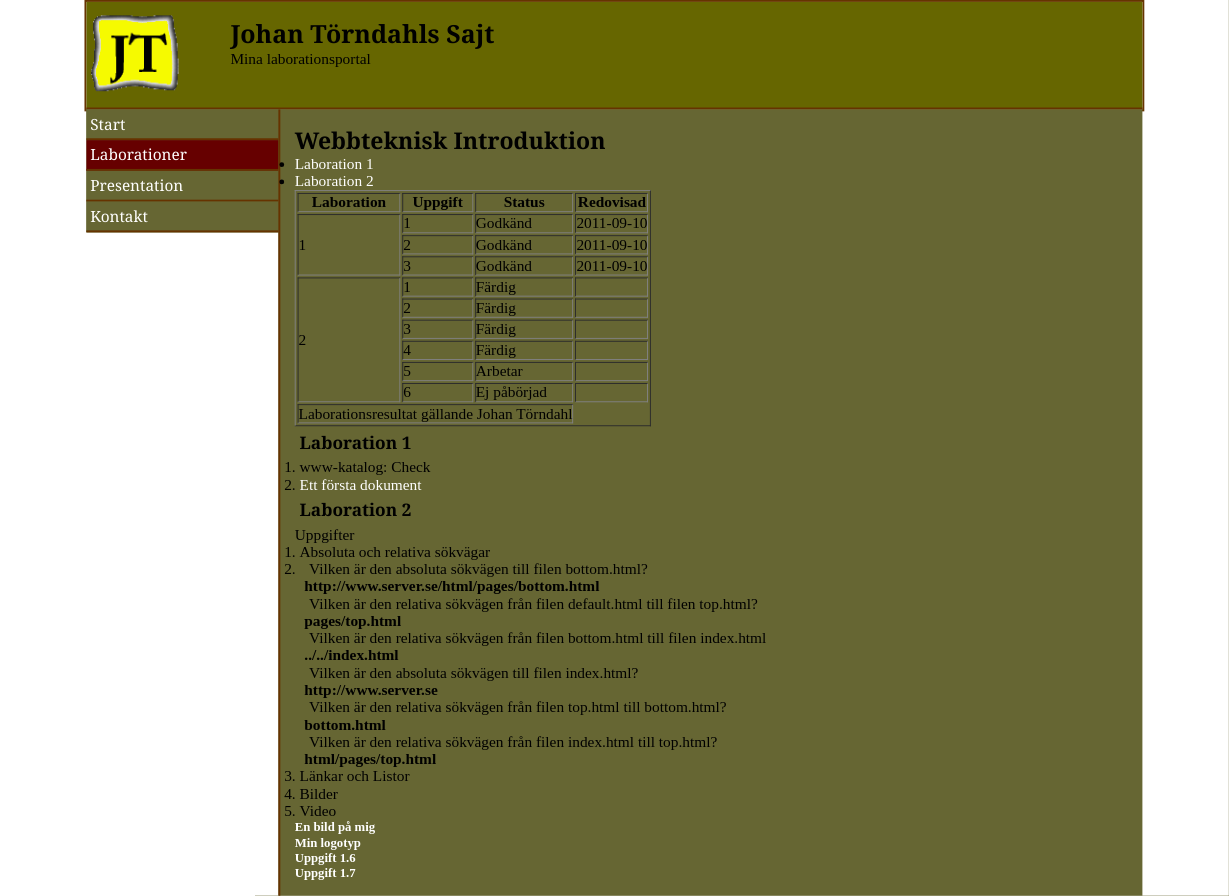
Repository: jt222ia/1ik415-jt222ia-laborationer
Page: pages/laborationer.html
The author's editor kept a record of every edit. The page is drawn from the files as they stood at one moment, then again after the next edit.
The browser window is 1280 px wide. The pictures show the whole page, at 96% of full size.

Above is the page before.

After the next edit:
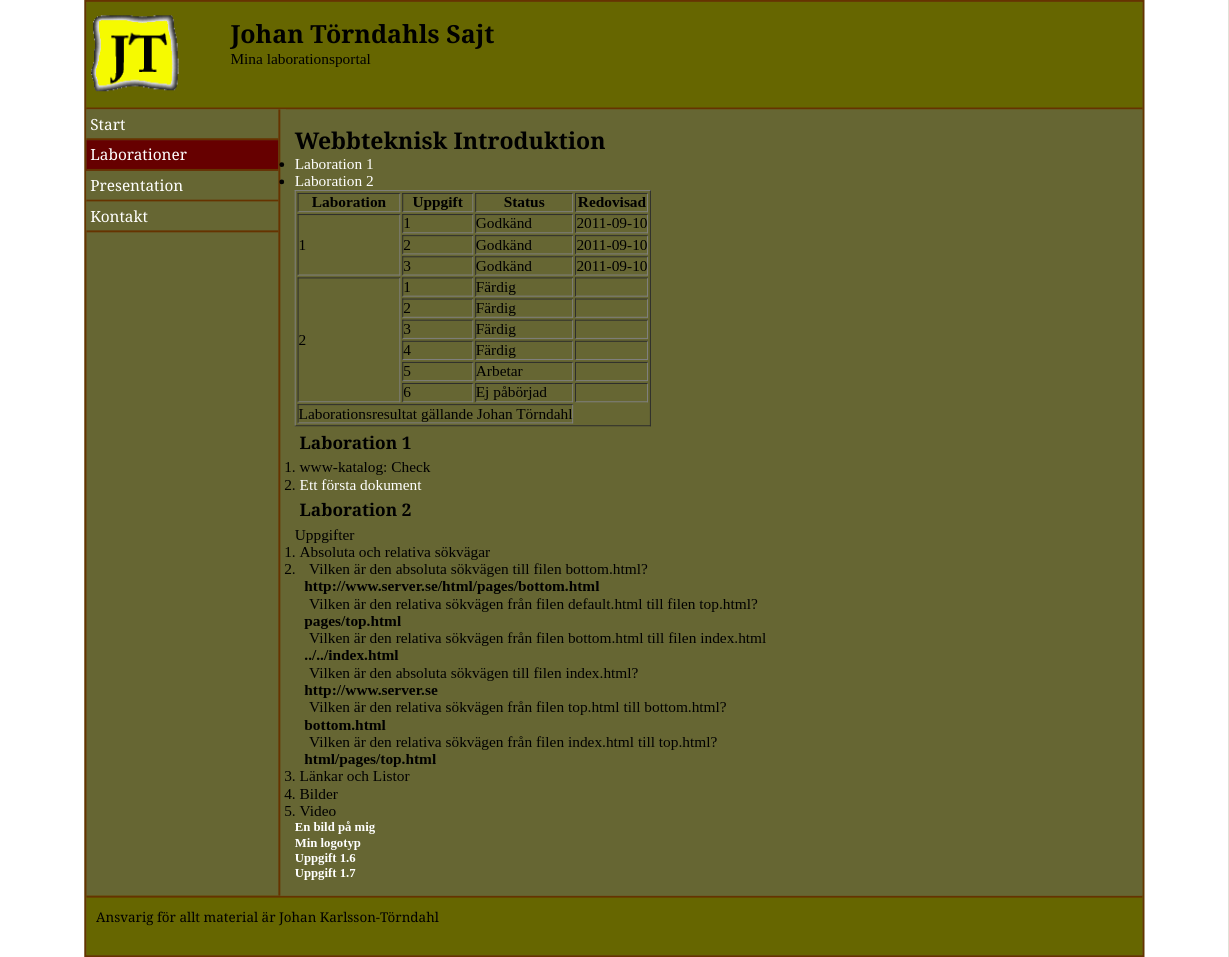
The edit:
--- a/pages/laborationer.html
+++ b/pages/laborationer.html
@@ -139,6 +139,9 @@
                <h5><a href="../index.html">Uppgift 1.6</a></h5>
                <h5><a href="../index.html">Uppgift 1.7</a></h5>
        </div>
+            <div id="footer">
+               <p>Ansvarig för allt material är Johan Karlsson-Törndahl</p>
+            </div>
     </div>
     </body>
 </html>
